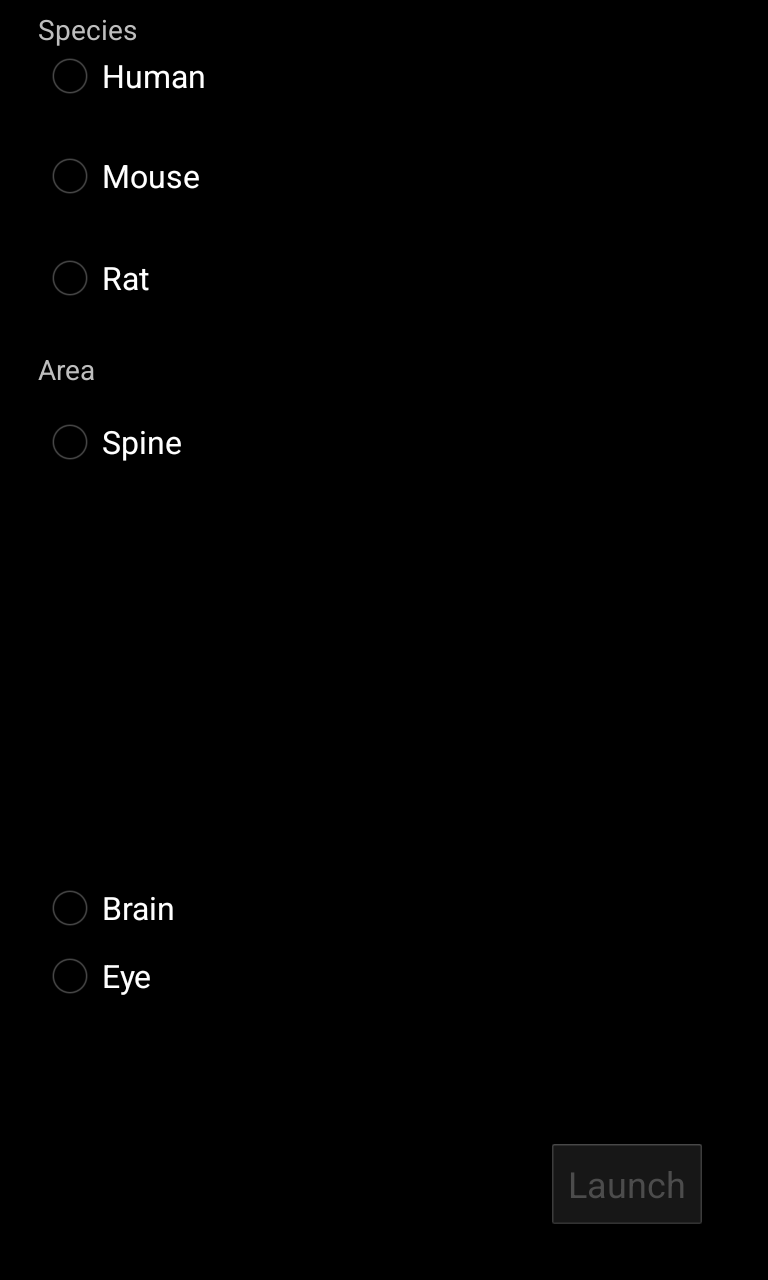
Repository: Ekarg/CSCE315Project3
Layout: Project3/res/layout/activity_main.xml
An editor plug-in stored every save of this project. The layout is shown before and after the next save, followed by the edit.
It is drawn on a 768 x 1280 px phone screen (xhdpi) without system bars, with theme android:Theme.Holo; the app's code is not run.

Above is the layout before, as saved 2013-11-27 20:14:04.

### Project3/res/layout/activity_main.xml
<RelativeLayout xmlns:android="http://schemas.android.com/apk/res/android"
    xmlns:tools="http://schemas.android.com/tools"
    android:layout_width="match_parent"
    android:layout_height="match_parent"
    android:paddingBottom="5dp"
    android:paddingLeft="5dp"
    android:paddingRight="5dp"
    android:paddingTop="5dp"
    tools:context=".MainActivity" >

    <Button
        android:id="@+id/button1"
        android:layout_width="wrap_content"
        android:layout_height="wrap_content"
        android:layout_alignParentBottom="true"
        android:layout_alignParentRight="true"
        android:layout_marginBottom="19dp"
        android:layout_marginRight="24dp"
        android:enabled = "false"
		android:onClick="launch"
        android:text="@string/Button" />

    <TextView
        android:id="@+id/textView1"
        android:layout_width="wrap_content"
        android:layout_height="wrap_content"
        android:layout_marginLeft="14dp"
        android:layout_alignParentTop="true"
        android:text="@string/species" />

   <RadioGroup
        android:id="@+id/radioGroup1"
        android:layout_width="fill_parent"
        android:layout_height="wrap_content"
        android:layout_alignParentTop="true"
        android:layout_centerHorizontal="true"
        android:orientation="vertical" >

        <RadioButton
            android:id="@+id/radioButton1"
            android:layout_width="wrap_content"
            android:layout_height="wrap_content"
            android:layout_marginLeft="14dp"
            android:checked = "false"
            android:layout_marginTop="17dp"
            android:text="@string/human"
            android:onClick="onRadioButtonClicked"/>

        <RadioButton
            android:id="@+id/radioButton2"
            android:layout_width="wrap_content"
            android:layout_height="wrap_content"
            android:layout_marginLeft="14dp"
            android:checked = "false"
            android:layout_marginTop="18dp"
            android:text="@string/mouse"
            android:onClick="onRadioButtonClicked"/>

        <RadioButton
            android:id="@+id/radioButton3"
            android:layout_width="wrap_content"
            android:layout_height="wrap_content"
            android:layout_marginLeft="14dp"
            android:checked = "false"
            android:layout_marginTop="19dp"
            android:text="@string/rat"
            android:onClick="onRadioButtonClicked"/>
    </RadioGroup>

    <TextView
        android:id="@+id/textView2"
        android:layout_width="wrap_content"
        android:layout_height="wrap_content"
        android:layout_alignLeft="@+id/textView1"
        android:layout_below="@+id/radioGroup1"
        android:layout_marginTop="20dp"
        android:text="@string/area"
        android:onClick="onRadioButtonClicked" />

     <RadioGroup
        android:id="@+id/radioGroup2"
        android:layout_width="fill_parent"
        android:layout_height="wrap_content"
        android:layout_alignParentTop="true"
        android:layout_centerHorizontal="true"
        android:orientation="vertical" >

	    <RadioButton
	        android:id="@+id/radioButton4"
	        android:layout_width="wrap_content"
            android:layout_height="wrap_content"
            android:layout_marginLeft="14dp"
            android:checked = "false"
            android:layout_marginTop="200dp"
	        android:onClick="onRadioButtonClicked"
	        android:text="@string/spine" />

	    <RadioButton
	        android:id="@+id/radioButton5"
	        android:layout_width="wrap_content"
	        android:layout_height="wrap_content"
	        android:layout_marginLeft="14dp"
	        android:layout_marginTop="201dp"
	        android:checked="false"
	        android:onClick="onRadioButtonClicked"
	        android:text="@string/brain" />

	     <RadioButton
         android:id="@+id/radioButton6"
         android:layout_width="wrap_content"
         android:layout_height="wrap_content"
         android:checked = "false"
         android:layout_marginLeft="14dp"
         android:layout_marginTop="2dp"
         android:text="@string/eye"
         android:onClick="onRadioButtonClicked" />
	</RadioGroup>



</RelativeLayout>

### Project3/res/values/strings.xml
<?xml version="1.0" encoding="utf-8"?>
<resources>

    <string name="app_name">Show Me the.... Neuron!</string>
    <string name="action_settings">Settings</string>
    <string name="hello_world">Hello world!</string>
    <string name="Button">Launch</string>
    <string name="title_activity_second">Neuron Display</string>
    <string name="species">Species</string>
    <string name="human">Human</string>
    <string name="mouse">Mouse</string>
    <string name="rat">Rat</string>
    <string name="area">Area</string>
    <string name="eye">Eye</string>
    <string name="brain">Brain</string>
    <string name="spine">Spine</string>


</resources>

After the next save:
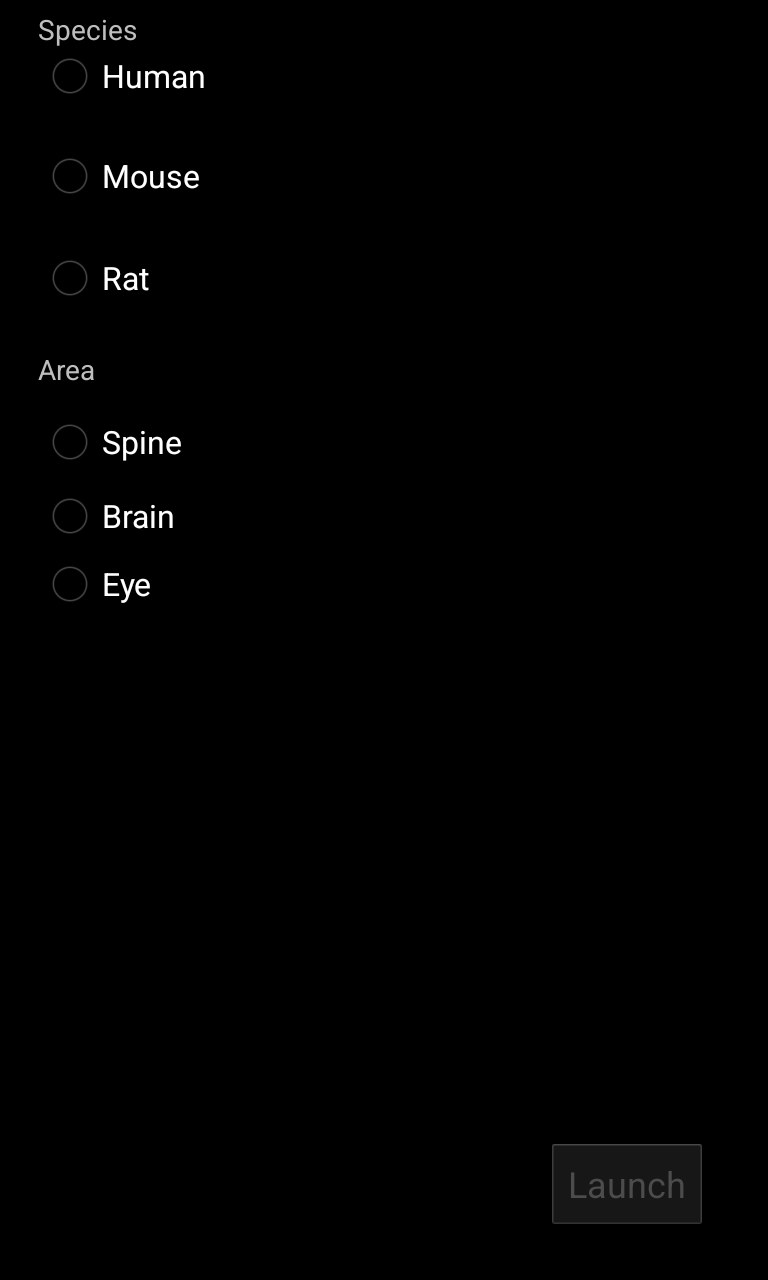
Saved 44 s later.
--- a/Project3/res/layout/activity_main.xml
+++ b/Project3/res/layout/activity_main.xml
@@ -100,7 +100,7 @@
 	        android:layout_width="wrap_content"
 	        android:layout_height="wrap_content"
 	        android:layout_marginLeft="14dp"
-	        android:layout_marginTop="201dp"
+	        android:layout_marginTop="5dp"
 	        android:checked="false"
 	        android:onClick="onRadioButtonClicked"
 	        android:text="@string/brain" />
